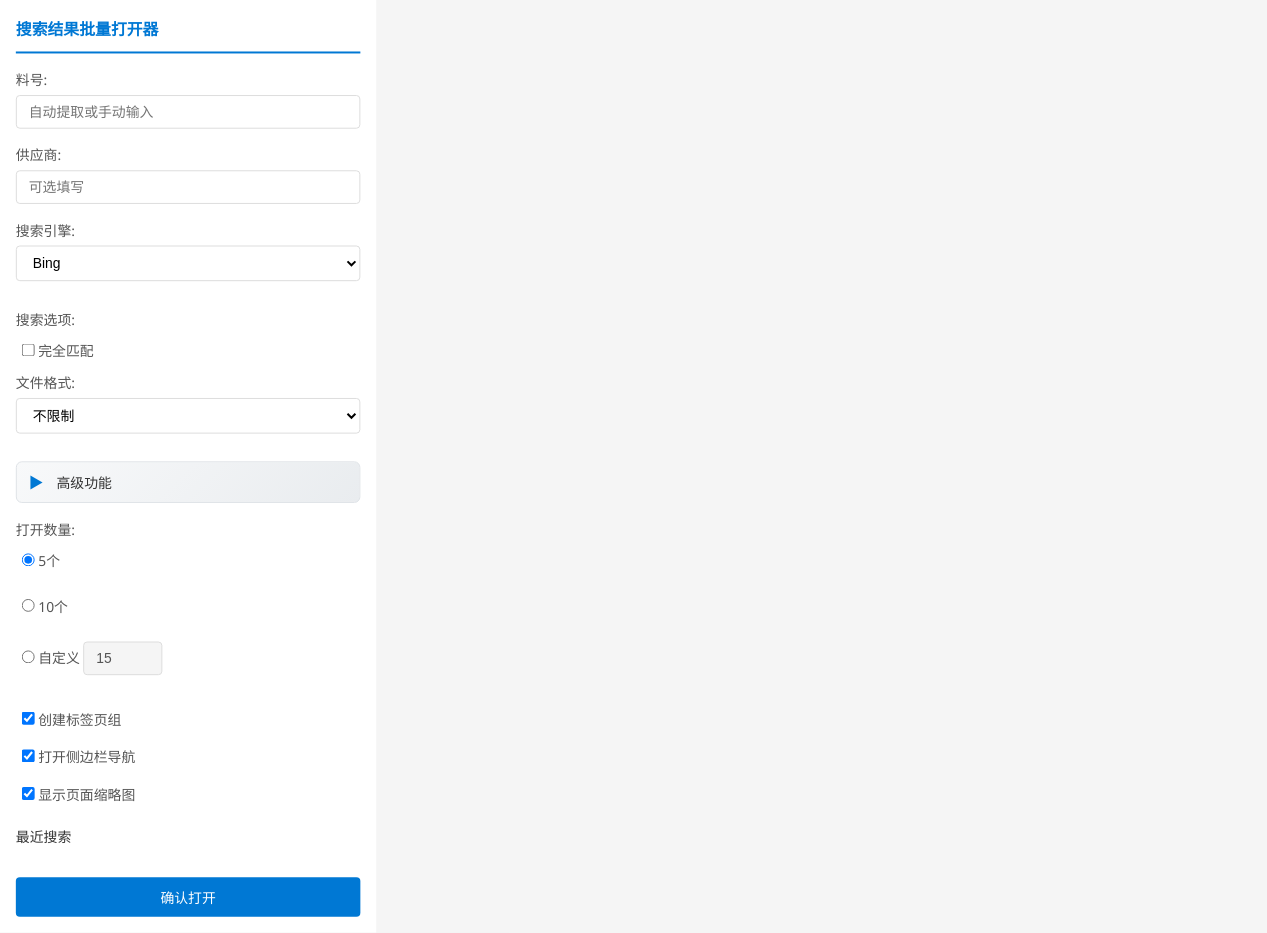
Repository: wofa24/search-result-opener
Page: search-result-opener/popup.html
The author's editor kept a copy of each file at every save. The page is drawn from the files as they stood at one save, then again after the next save.
The browser window is 1280 px wide. The pictures show the whole page, at 99% of full size.

Above is the page before, as saved 2026-04-05 01:51:53.

### search-result-opener/popup.html
<!DOCTYPE html>
<html lang="zh-CN">
<head>
  <meta charset="UTF-8">
  <meta name="viewport" content="width=device-width, initial-scale=1.0">
  <title>搜索结果批量打开器</title>
  <link rel="stylesheet" href="popup.css">
</head>
<body>
  <div class="container">
    <div class="header">
      <h2>搜索结果批量打开器</h2>
    </div>

    <div class="form-group">
      <label for="partNumber">料号:</label>
      <input type="text" id="partNumber" placeholder="自动提取或手动输入">
    </div>

    <div class="form-group">
      <label for="supplier">供应商:</label>
      <input type="text" id="supplier" placeholder="可选填写">
    </div>

    <div class="form-group">
      <label for="searchEngine">搜索引擎:</label>
      <select id="searchEngine" class="select-input">
        <option value="bing">Bing</option>
        <option value="google">Google</option>
      </select>
    </div>

    <div class="form-group">
      <label>搜索选项:</label>
      <label class="checkbox-label">
        <input type="checkbox" id="exactMatch">
        <span>完全匹配</span>
      </label>

      <label for="fileType">文件格式:</label>
      <select id="fileType" class="select-input">
        <option value="none">不限制</option>
        <option value="pdf">PDF</option>
        <option value="doc">DOC/DOCX</option>
        <option value="xls">XLS/XLSX</option>
        <option value="image">图片(JPG/PNG)</option>
      </select>
    </div>

    <div class="form-group">
      <div class="advanced-toggle" id="advancedToggle">
        <span class="toggle-icon">▶</span>
        <span>高级功能</span>
      </div>

      <div class="advanced-options" id="advancedOptions" style="display: none;">
        <label for="siteLimit">限定站点 (如 1688.com, jd.com):</label>
        <input type="text" id="siteLimit" class="select-input" placeholder="多个以逗号分隔">

        <label for="excludeSite">排除站点 (如 zhihu.com, csdn.net):</label>
        <input type="text" id="excludeSite" class="select-input" placeholder="多个以逗号分隔">
      </div>
    </div>

    <div class="form-group">
      <label>打开数量:</label>
      <div class="radio-group">
        <label class="radio-label">
          <input type="radio" name="count" value="5" checked>
          <span>5个</span>
        </label>
        <label class="radio-label">
          <input type="radio" name="count" value="10">
          <span>10个</span>
        </label>
        <label class="radio-label">
          <input type="radio" name="count" value="custom">
          <span>自定义</span>
          <input type="number" id="customCount" min="1" max="50" value="15" disabled>
        </label>
      </div>
    </div>

    <div class="form-group">
      <label class="checkbox-label">
        <input type="checkbox" id="createGroup" checked>
        <span>创建标签页组</span>
      </label>
      <label class="checkbox-label">
        <input type="checkbox" id="openSidebar" checked>
        <span>打开侧边栏导航</span>
      </label>
      <label class="checkbox-label">
        <input type="checkbox" id="showThumbnails" checked>
        <span>显示页面缩略图</span>
      </label>
    </div>

    <div class="history-container" id="historyContainer">
      <div class="history-header">最近搜索</div>
      <div id="historyList" class="history-list">
        <!-- 历史记录将通过 JS 动态添加 -->
      </div>
    </div>

    <div class="status" id="status"></div>

    <div class="button-group">
      <button id="confirmBtn" class="btn btn-primary">确认打开</button>
    </div>
  </div>

  <script src="popup.js"></script>
</body>
</html>

### search-result-opener/popup.css
* {
  margin: 0;
  padding: 0;
  box-sizing: border-box;
}

body {
  width: 380px;
  font-family: 'Microsoft YaHei', 'Segoe UI', Arial, sans-serif;
  font-size: 14px;
  color: #333;
  background: #f5f5f5;
}

.container {
  padding: 16px;
  background: white;
}

.header {
  margin-bottom: 16px;
  padding-bottom: 12px;
  border-bottom: 2px solid #0078d4;
}

.header h2 {
  font-size: 16px;
  color: #0078d4;
  font-weight: 600;
}

.form-group {
  margin-bottom: 16px;
}

.form-group label {
  display: block;
  margin-bottom: 6px;
  font-weight: 500;
  color: #555;
}

.form-group input[type="text"],
.form-group input[type="number"] {
  width: 100%;
  padding: 8px 12px;
  border: 1px solid #ddd;
  border-radius: 4px;
  font-size: 14px;
  transition: border-color 0.3s;
}

.form-group input[type="text"]:focus,
.form-group input[type="number"]:focus {
  outline: none;
  border-color: #0078d4;
}

.radio-group {
  display: flex;
  flex-direction: column;
  gap: 8px;
}

.radio-label {
  display: flex;
  align-items: center;
  gap: 8px;
  cursor: pointer;
  padding: 6px;
  border-radius: 4px;
  transition: background-color 0.2s;
}

.radio-label:hover {
  background-color: #f0f0f0;
}

.radio-label input[type="radio"] {
  cursor: pointer;
}

.radio-label span {
  flex-shrink: 0;
}

.radio-label input[type="number"] {
  width: 80px;
  margin-left: auto;
}

.radio-label input[type="number"]:disabled {
  background-color: #f5f5f5;
  cursor: not-allowed;
}

.checkbox-label {
  display: flex;
  align-items: center;
  gap: 8px;
  margin-bottom: 8px;
  cursor: pointer;
  padding: 6px;
  border-radius: 4px;
  transition: background-color 0.2s;
}

.checkbox-label:hover {
  background-color: #f0f0f0;
}

.checkbox-label input[type="checkbox"] {
  cursor: pointer;
}

.status {
  min-height: 20px;
  padding: 8px;
  margin-bottom: 12px;
  border-radius: 4px;
  font-size: 13px;
  text-align: center;
}

.status.info {
  background-color: #e3f2fd;
  color: #1976d2;
}

.status.error {
  background-color: #ffebee;
  color: #c62828;
}

.status.success {
  background-color: #e8f5e9;
  color: #2e7d32;
}

.button-group {
  display: flex;
  gap: 8px;
}

.btn {
  flex: 1;
  padding: 10px 16px;
  border: none;
  border-radius: 4px;
  font-size: 14px;
  font-weight: 500;
  cursor: pointer;
  transition: all 0.3s;
}

.btn-primary {
  background-color: #0078d4;
  color: white;
}

.btn-primary:hover {
  background-color: #005a9e;
}

.btn-primary:active {
  transform: scale(0.98);
}

.btn:disabled {
  background-color: #ccc;
  cursor: not-allowed;
}

/* 下拉选择框样式 */
.select-input {
  width: 100%;
  padding: 8px 12px;
  border: 1px solid #ddd;
  border-radius: 4px;
  font-size: 14px;
  background-color: white;
  cursor: pointer;
  transition: border-color 0.3s;
  margin-bottom: 12px;
}

.select-input:focus {
  outline: none;
  border-color: #0078d4;
}

.select-input:hover {
  border-color: #0078d4;
}

/* 高级功能折叠区域 */
.advanced-toggle {
  cursor: pointer;
  padding: 10px 12px;
  background: linear-gradient(135deg, #f8f9fa 0%, #e9ecef 100%);
  border: 1px solid #dee2e6;
  border-radius: 6px;
  margin-bottom: 12px;
  user-select: none;
  display: flex;
  align-items: center;
  transition: all 0.3s;
}

.advanced-toggle:hover {
  background: linear-gradient(135deg, #e9ecef 0%, #dee2e6 100%);
  border-color: #0078d4;
  transform: translateX(2px);
}

.toggle-icon {
  display: inline-block;
  width: 20px;
  font-weight: bold;
  color: #0078d4;
  transition: transform 0.3s;
  margin-right: 8px;
}

.advanced-toggle.expanded .toggle-icon {
  transform: rotate(90deg);
}

.advanced-options {
  padding: 12px;
  margin-top: 8px;
  margin-bottom: 12px;
  border-left: 3px solid #0078d4;
  background: #f8f9fa;
  border-radius: 0 4px 4px 0;
  animation: slideDown 0.3s ease-out;
}

@keyframes slideDown {
  from {
    opacity: 0;
    max-height: 0;
    padding-top: 0;
    padding-bottom: 0;
  }
  to {
    opacity: 1;
    max-height: 500px;
    padding-top: 12px;
    padding-bottom: 12px;
  }
}

.advanced-options label {
  display: block;
  margin-bottom: 6px;
  font-weight: 500;
  color: #555;
  font-size: 13px;
}

### search-result-opener/popup.js
// 页面加载时初始化
document.addEventListener('DOMContentLoaded', async () => {
  // 加载搜索信息
  await loadSearchInfo();

  // 设置事件监听器
  setupEventListeners();
});

// 加载搜索信息
async function loadSearchInfo() {
  try {
    const [tab] = await chrome.tabs.query({ active: true, currentWindow: true });

    // 尝试从当前页面获取搜索信息（如果在搜索结果页）
    if (isSearchPage(tab.url)) {
      // 等待一下让content script加载
      await new Promise(resolve => setTimeout(resolve, 100));

      // 从content script获取搜索信息
      chrome.tabs.sendMessage(tab.id, { action: 'getSearchQuery' }, (response) => {
        if (chrome.runtime.lastError) {
          console.error('Error:', chrome.runtime.lastError);
          return;
        }

        if (response && response.query) {
          const words = response.query.trim().split(/\s+/);

          // 第一个词作为料号
          document.getElementById('partNumber').value = words[0] || '';

          // 其余词作为供应商
          document.getElementById('supplier').value = words.slice(1).join(' ') || '';
        }
      });
    }

    // 不再限制必须在搜索页面使用
    showStatus('请输入料号开始搜索', 'info');
  } catch (error) {
    console.error('Error loading search info:', error);
  }
}

// 检查是否是搜索页面
function isSearchPage(url) {
  return url.includes('bing.com') ||
         url.includes('google.com') ||
         url.includes('google.com.hk');
}

// 设置事件监听器
function setupEventListeners() {
  // 自定义数量单选按钮
  const customRadio = document.querySelector('input[value="custom"]');
  const customCountInput = document.getElementById('customCount');

  document.querySelectorAll('input[name="count"]').forEach(radio => {
    radio.addEventListener('change', (e) => {
      customCountInput.disabled = e.target.value !== 'custom';
    });
  });

  // 高级功能折叠/展开
  document.getElementById('advancedToggle').addEventListener('click', () => {
    const options = document.getElementById('advancedOptions');
    const toggle = document.getElementById('advancedToggle');
    const icon = document.querySelector('.toggle-icon');

    if (options.style.display === 'none') {
      options.style.display = 'block';
      icon.textContent = '▼';
      toggle.classList.add('expanded');
    } else {
      options.style.display = 'none';
      icon.textContent = '▶';
      toggle.classList.remove('expanded');
    }
  });

  // 确认按钮
  document.getElementById('confirmBtn').addEventListener('click', handleConfirm);
}

// 处理确认按钮点击
async function handleConfirm() {
  const partNumber = document.getElementById('partNumber').value.trim();
  const supplier = document.getElementById('supplier').value.trim();

  if (!partNumber) {
    showStatus('请输入料号', 'error');
    return;
  }

  // 获取选择的数量
  const count = getSelectedCount();

  // 获取选项
  const createGroup = document.getElementById('createGroup').checked;
  const filterAds = document.getElementById('filterAds').checked;
  const openSidebar = document.getElementById('openSidebar').checked;

  // 禁用按钮，显示加载状态
  const btn = document.getElementById('confirmBtn');
  btn.disabled = true;

  try {
    const [tab] = await chrome.tabs.query({ active: true, currentWindow: true });

    // 检查是否在搜索结果页
    const isOnSearchResultPage = tab.url.includes('/search?q=') || tab.url.includes('/search?');

    if (!isOnSearchResultPage) {
      // 不在搜索结果页，先执行搜索
      showStatus('正在搜索...', 'info');
      await performSearch(tab.id, partNumber, supplier, count, createGroup, filterAds, openSidebar);
    } else {
      // 已经在搜索结果页，直接提取
      showStatus('正在提取搜索结果...', 'info');
      await extractAndOpen(tab.id, partNumber, supplier, count, createGroup, filterAds, openSidebar);
    }
  } catch (error) {
    showStatus('发生错误: ' + error.message, 'error');
    btn.disabled = false;
  }
}

// 构建搜索查询
function buildSearchQuery(partNumber, supplier) {
  // 获取搜索选项
  const exactMatch = document.getElementById('exactMatch').checked;
  const fileType = document.getElementById('fileType').value;
  const siteLimit = document.getElementById('siteLimit').value;
  const excludeSite = document.getElementById('excludeSite').value;

  let query = '';

  // 1. 处理料号（完全匹配）
  if (exactMatch) {
    query = `"${partNumber}"`;
  } else {
    query = partNumber;
  }

  // 2. 添加供应商
  if (supplier) {
    query += ` ${supplier}`;
  }

  // 3. 添加文件格式
  if (fileType && fileType !== 'none') {
    query += ` ${getFileTypeQuery(fileType)}`;
  }

  // 4. 添加站点限定
  if (siteLimit && siteLimit !== 'none') {
    query += ` ${getSiteLimitQuery(siteLimit)}`;
  }

  // 5. 添加排除站点
  if (excludeSite && excludeSite !== 'none') {
    query += ` ${getExcludeSiteQuery(excludeSite)}`;
  }

  return query.trim();
}

// 获取文件格式查询
function getFileTypeQuery(fileType) {
  const typeMap = {
    'pdf': 'filetype:pdf',
    'doc': '(filetype:doc OR filetype:docx)',
    'xls': '(filetype:xls OR filetype:xlsx)',
    'image': '(filetype:jpg OR filetype:png OR filetype:jpeg)'
  };
  return typeMap[fileType] || '';
}

// 获取站点限定查询
function getSiteLimitQuery(site) {
  const siteMap = {
    'alibaba': 'site:1688.com',
    'taobao': 'site:taobao.com',
    'jd': 'site:jd.com',
    'tmall': 'site:tmall.com'
  };
  return siteMap[site] || '';
}

// 获取排除站点查询
function getExcludeSiteQuery(exclude) {
  const excludeMap = {
    'forums': '-site:bbs.* -site:forum.* -site:tieba.baidu.com',
    'qa': '-site:zhidao.baidu.com -site:zhihu.com -site:wenda.*'
  };
  return excludeMap[exclude] || '';
}

// 执行搜索
async function performSearch(tabId, partNumber, supplier, count, createGroup, filterAds, openSidebar) {
  const searchQuery = buildSearchQuery(partNumber, supplier);

  return new Promise((resolve, reject) => {
    chrome.tabs.sendMessage(tabId, {
      action: 'performSearch',
      query: searchQuery
    }, async (response) => {
      if (chrome.runtime.lastError) {
        showStatus('搜索失败: ' + chrome.runtime.lastError.message, 'error');
        document.getElementById('confirmBtn').disabled = false;
        reject(chrome.runtime.lastError);
        return;
      }

      if (response && response.success) {
        // 等待页面加载和导航完成
        showStatus('等待搜索结果加载...', 'info');

        // 监听标签页更新
        const updateListener = (updatedTabId, changeInfo, updatedTab) => {
          if (updatedTabId === tabId && changeInfo.status === 'complete') {
            chrome.tabs.onUpdated.removeListener(updateListener);

            // 再等待一下确保content script加载
            setTimeout(async () => {
              await extractAndOpen(tabId, partNumber, supplier, count, createGroup, filterAds, openSidebar);
              resolve();
            }, 1000);
          }
        };

        chrome.tabs.onUpdated.addListener(updateListener);

        // 设置超时
        setTimeout(() => {
          chrome.tabs.onUpdated.removeListener(updateListener);
          showStatus('搜索超时，请重试', 'error');
          document.getElementById('confirmBtn').disabled = false;
          reject(new Error('Timeout'));
        }, 10000);
      } else {
        showStatus('搜索失败，请检查页面', 'error');
        document.getElementById('confirmBtn').disabled = false;
        reject(new Error('Search failed'));
      }
    });
  });
}

// 提取链接并打开
async function extractAndOpen(tabId, partNumber, supplier, count, createGroup, filterAds, openSidebar) {
  return new Promise((resolve, reject) => {
    chrome.tabs.sendMessage(tabId, {
      action: 'extractLinks',
      count: count,
      filterAds: filterAds
    }, (response) => {
      if (chrome.runtime.lastError) {
        showStatus('提取失败: ' + chrome.runtime.lastError.message, 'error');
        document.getElementById('confirmBtn').disabled = false;
        reject(chrome.runtime.lastError);
        return;
      }

      if (response && response.links && response.links.length > 0) {
        showStatus(`找到 ${response.links.length} 个结果，正在打开...`, 'info');

        // 获取搜索引擎
        const searchEngine = document.getElementById('searchEngine').value;

        // 获取缩略图选项
        const showThumbnails = document.getElementById('showThumbnails').checked;

        // 发送到background打开链接
        chrome.runtime.sendMessage({
          action: 'openLinks',
          links: response.links,
          partNumber: partNumber,
          supplier: supplier,
          searchEngine: searchEngine,
          createGroup: createGroup,
          openSidebar: openSidebar,
          showThumbnails: showThumbnails
        }, (result) => {
          if (result && result.success) {
            showStatus('成功打开 ' + response.links.length + ' 个页面！', 'success');
            setTimeout(() => window.close(), 1000);
            resolve();
          } else {
            showStatus('打开失败: ' + (result?.error || '未知错误'), 'error');
            document.getElementById('confirmBtn').disabled = false;
            reject(new Error('Open failed'));
          }
        });
      } else {
        showStatus('未找到搜索结果，请检查页面', 'error');
        document.getElementById('confirmBtn').disabled = false;
        reject(new Error('No results'));
      }
    });
  });
}

// 获取选择的数量
function getSelectedCount() {
  const selectedRadio = document.querySelector('input[name="count"]:checked');
  if (selectedRadio.value === 'custom') {
    return parseInt(document.getElementById('customCount').value) || 15;
  }
  return parseInt(selectedRadio.value);
}

// 显示状态消息
function showStatus(message, type = 'info') {
  const statusDiv = document.getElementById('status');
  statusDiv.textContent = message;
  statusDiv.className = 'status ' + type;
}

After the next save:
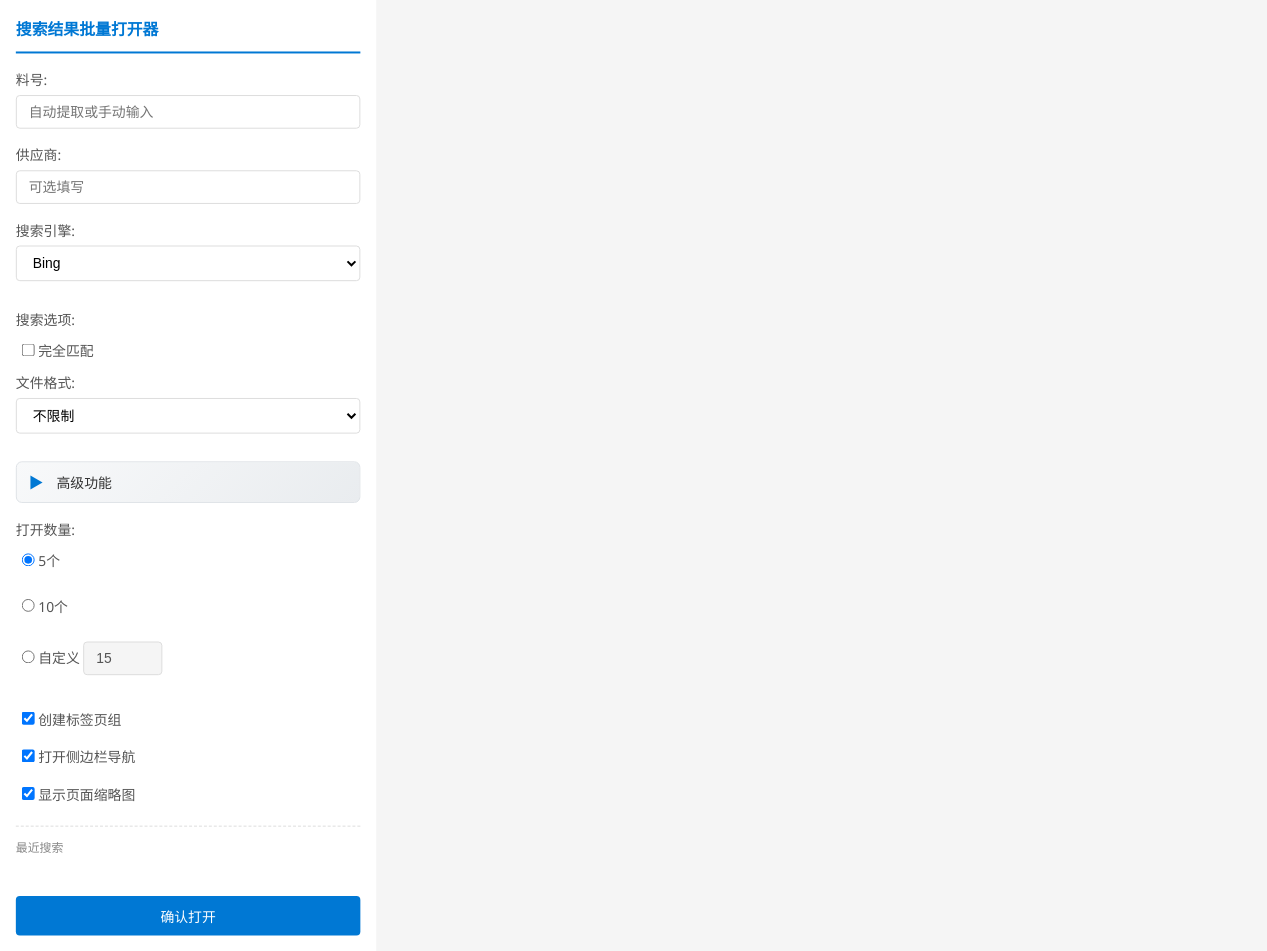
Saved 18 s later.
--- a/search-result-opener/popup.css
+++ b/search-result-opener/popup.css
@@ -258,3 +258,47 @@ body {
   color: #555;
   font-size: 13px;
 }
+
+/* 历史记录样式 */
+.history-container {
+  margin-top: 16px;
+  padding-top: 12px;
+  border-top: 1px dashed #ddd;
+}
+
+.history-header {
+  font-size: 12px;
+  color: #888;
+  margin-bottom: 8px;
+  display: flex;
+  justify-content: space-between;
+}
+
+.history-list {
+  display: flex;
+  flex-wrap: wrap;
+  gap: 6px;
+}
+
+.history-item {
+  background: #f0f2f5;
+  color: #555;
+  padding: 4px 10px;
+  border-radius: 12px;
+  font-size: 12px;
+  cursor: pointer;
+  transition: all 0.2s;
+  border: 1px solid transparent;
+}
+
+.history-item:hover {
+  background: #e3f2fd;
+  color: #0078d4;
+  border-color: #0078d4;
+}
+
+.history-item.empty {
+  color: #bbb;
+  cursor: default;
+  background: transparent;
+}
